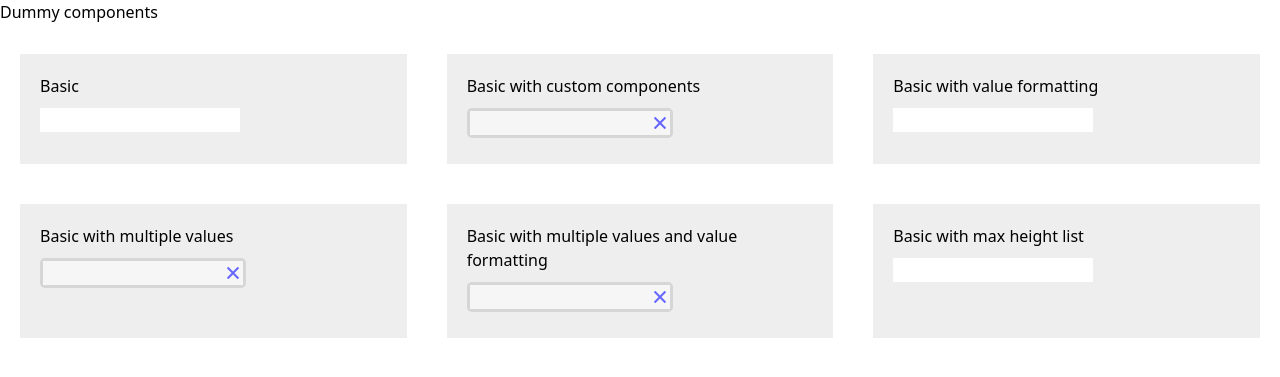
Repository: Frexity/frx-react
Page: / (app in ui/react-select/)
An editor plug-in stored every save of this project. The page is shown before and after the next save, followed by the edit.
The browser window is 1280 px wide. The pictures show the whole page.
Some web libraries are served in a nearby version. The project was rebuilt for these pictures with package versions that can differ from the ones it lists, and the page was loaded fresh each time. Also part of the build but not shown: ui/react-select/vite.config.ts, ui/react-select/src/CustomSelectComponents/ListLoadingIndicator.tsx, ui/react-select/src/dummy-components/ControlLoadingIndicator.tsx, ui/react-select/src/dummy-components/ListLoadingIndicator.tsx.

Above is the page before, as saved 2022-08-21 01:28:15.

### ui/react-select/index.html
<!DOCTYPE html>
<html lang="en">
  <head>
    <meta charset="UTF-8" />
    <link rel="icon" type="image/svg+xml" href="/vite.svg" />
    <meta name="viewport" content="width=device-width, initial-scale=1.0" />
    <title>React Select</title>
    <script src="https://cdn.tailwindcss.com/3.1.8"></script>
  </head>
  <body>
    <div id="root"></div>
    <script type="module" src="/src/main.tsx"></script>
  </body>
</html>

### ui/react-select/src/App.tsx
import './styles.css'

import { ClearIndicator } from './CustomSelectComponents/ClearIndicator'
import { Control } from './CustomSelectComponents/Control'
import { ListLoadingIndicator } from './CustomSelectComponents/ListLoadingIndicator'
import { Option } from './CustomSelectComponents/Option'
import { dummyComponents } from './dummy-components'
import { Select } from './Select'
import { ValueContainer } from './CustomSelectComponents/ValueContainer'
// import { AsyncSelect } from './Select/Async'

const options = [
  { label: 'Option 1', value: '1' },
  { label: 'Option 2', value: '2' },
  { label: 'Option 3', value: '3' },
  { label: 'Option 4', value: '4' },
  { label: 'Option 5', value: '5' },
  { label: 'Option 6', value: '6' },
  { label: 'Option 7', value: '7' },
  { label: 'Option 8', value: '8' },
  { label: 'Option 9', value: '9' },
  { label: 'Option 10', value: '10' },
]

const customComponents = {
  Option,
  Control,
  ClearIndicator,
  ListLoadingIndicator,
  ValueContainer,
}

export default function App() {
  return (
    <>
      <h3>Dummy components</h3>
      <div className="cards">
        <div className="card">
          <h3>Basic</h3>
          <Select options={options} components={dummyComponents} />
        </div>
        <div className="card">
          <h3>Basic with custom components</h3>
          <Select options={options} components={customComponents} />
        </div>
        <div className="card">
          <h3>Basic with value formatting</h3>
          <Select
            options={options}
            components={dummyComponents}
            selectedValueFormatter={(value) => {
              return value ? `This is value: ${value}` : null
            }}
          />
        </div>
        <div className="card">
          <h3>Basic with multiple values</h3>
          <Select options={options} components={customComponents} canSelectMultipleValues />
        </div>
        <div className="card">
          <h3>Basic with multiple values and value formatting</h3>
          <Select
            options={options}
            components={customComponents}
            canSelectMultipleValues
            selectedValueFormatter={(value) => {
              return value ? `This is value: ${value}` : null
            }}
          />
        </div>
        {/* <div className="card">
        <h3>TODO: Basic with initial value</h3>
        <Select options={options} components={customComponents} canSelectMultipleValues />
      </div> */}
        <div className="card">
          <h3>Basic with max height list</h3>
          <Select
            options={options}
            components={dummyComponents}
            optionsListProps={{
              maxHeight: 150,
            }}
          />
        </div>
        {/* <div className="card">
        <h3>Async</h3>
        <AsyncSelect
          options={options}
          components={dummyComponents}
          asyncOptions={{
            url: 'https://jsonplaceholder.typicode.com/albums',
            startPage: 0,
            perPage: 4,
            queryAttribute: 'page',
            labelAttribute: 'title',
            valueAttribute: 'id',
            loadOnMount: true,
          }}
        />
      </div> */}
        {/* <div className="card">
        <h3>TODO: Async with initial value</h3>
        <AsyncSelect
          options={options}
          components={dummyComponents}
          asyncOptions={{
            url: 'https://jsonplaceholder.typicode.com/albums',
            startPage: 0,
            perPage: 4,
            queryAttribute: 'page',
            labelAttribute: 'title',
            valueAttribute: 'id',
            loadOnMount: true,
          }}
        />
      </div> */}
      </div>
    </>
  )
}

### ui/react-select/src/styles.css
.dropdown {
  position: fixed;
  border: 1px solid red;
  display: none;
  z-index: 1;
  background: white;
}

input:focus + .dropdown {
  display: block;
}

.card {
  margin: 20px;
  padding: 20px;
  background-color: #eee;
  overflow: hidden;
  overflow-y: scroll;
}

h3 {
  margin-bottom: 10px;
}

.cards {
  display: grid;
  grid-template-columns: repeat(auto-fill, minmax(400px, 1fr));
}

### ui/react-select/src/CustomSelectComponents/ClearIndicator.tsx
import { memo } from 'react'
import { ClearIndicatorComponentProps } from '../Select/types'

export const ClearIndicator = memo(({ clearIndicatorContainerStyles, onClick }: ClearIndicatorComponentProps) => {
  return (
    <div style={clearIndicatorContainerStyles} onClick={onClick}>
      <svg viewBox="0 0 460.775 460.775" style={{ width: 12, height: 12 }}>
        <path
          fill="#66f"
          d="M285.08,230.397L456.218,59.27c6.076-6.077,6.076-15.911,0-21.986L423.511,4.565c-2.913-2.911-6.866-4.55-10.992-4.55  c-4.127,0-8.08,1.639-10.993,4.55l-171.138,171.14L59.25,4.565c-2.913-2.911-6.866-4.55-10.993-4.55  c-4.126,0-8.08,1.639-10.992,4.55L4.558,37.284c-6.077,6.075-6.077,15.909,0,21.986l171.138,171.128L4.575,401.505  c-6.074,6.077-6.074,15.911,0,21.986l32.709,32.719c2.911,2.911,6.865,4.55,10.992,4.55c4.127,0,8.08-1.639,10.994-4.55  l171.117-171.12l171.118,171.12c2.913,2.911,6.866,4.55,10.993,4.55c4.128,0,8.081-1.639,10.992-4.55l32.709-32.719  c6.074-6.075,6.074-15.909,0-21.986L285.08,230.397z"
        />
      </svg>
    </div>
  )
})

### ui/react-select/src/CustomSelectComponents/Control.tsx
import { ControlComponentProps } from '../Select/types'

export const Control = ({ controlStyles, children }: ControlComponentProps) => {
  return (
    <div
      style={{
        ...controlStyles,
        borderRadius: 5,
        padding: 3,
        backgroundColor: '#d6d6d6',
      }}
    >
      {children}
    </div>
  )
}

### ui/react-select/src/CustomSelectComponents/Option.tsx
import { memo } from 'react'
import { OptionComponentProps } from '../Select/types'

export const Option = memo(({ isSelected, label, onSelect }: OptionComponentProps) => {


  return (
    <li className="text-gray-900 cursor-pointer py-2 pl-3 pr-9 hover:bg-sky-300" onClick={onSelect}>
      <div className="flex items-center">
        <img
          src="https://images.unsplash.com/photo-1491528323818-fdd1faba62cc?ixlib=rb-1.2.1&ixid=eyJhcHBfaWQiOjEyMDd9&auto=format&fit=facearea&facepad=2&w=256&h=256&q=80"
          alt=""
          className="flex-shrink-0 h-6 w-6 rounded-full"
        />
        <span className={`${isSelected ? 'font-bold text-blue-700' : 'font-normal'} ml-3 block truncate`}>{label}</span>
      </div>
    </li>
  )
})

### ui/react-select/src/dummy-components/index.ts
import { Control } from './Control'
import { ClearIndicator } from './ClearIndicator'
import { ControlLoadingIndicator } from './ControlLoadingIndicator'
import { ListLoadingIndicator } from './ListLoadingIndicator'
import { Option } from './Option'
import { ValueContainer } from './ValueContainer'

export const dummyComponents = {
  Control,
  ClearIndicator,
  ControlLoadingIndicator,
  ListLoadingIndicator,
  Option,
  ValueContainer,
}

### ui/react-select/src/Select/index.tsx
import { InnerSelect } from './common'
import { SelectProvider } from './Context'
import { OutsideClickHandler } from './OutsideClickHandler'
import { SelectProps } from './types'

export const Select = ({
  selectedValueFormatter,
  options,
  components,
  optionsListProps,
  canSelectMultipleValues,
}: Omit<SelectProps, 'asyncOptions' | 'AsyncHandler'>) => {
  // const [o, setO] = useState(options);

  // Test setting options from outside the context/component
  /*
  useEffect(() => {
    setTimeout(() => {
      setO([{ label: "New", value: "x" }]);
    }, 2000);
  }, []);
  console.log({ o });
  */

  return (
    <SelectProvider value={{ options }}>
      <OutsideClickHandler>
        <InnerSelect
          selectedValueFormatter={selectedValueFormatter}
          components={components}
          optionsListProps={optionsListProps}
          canSelectMultipleValues={canSelectMultipleValues}
        />
      </OutsideClickHandler>
    </SelectProvider>
  )
}

### ui/react-select/src/CustomSelectComponents/ValueContainer.tsx
import { memo } from 'react'
import { ValueContainerComponentProps } from '../Select/types'

export const ValueContainer = memo(({ children }: ValueContainerComponentProps) => {
  return <div style={{ width: 200, backgroundColor: '#f6f6f6', minHeight: 24, padding: '5px 10px' }}>{children}</div>
})

### ui/react-select/src/dummy-components/Control.tsx
import { ControlComponentProps } from '../Select/types'

export const Control = ({ controlStyles, children }: ControlComponentProps) => {
  return <div style={controlStyles}>{children}</div>
}

### ui/react-select/src/dummy-components/ClearIndicator.tsx
import { memo } from 'react'
import { ClearIndicatorComponentProps } from '../Select/types'

export const ClearIndicator = memo(
  ({ clearIndicatorContainerStyles, onClick, selectedValues }: ClearIndicatorComponentProps) => {
    return (
      <div
        style={{ ...clearIndicatorContainerStyles, ...{ display: selectedValues ? 'initial' : 'none' } }}
        onClick={onClick}
      >
        X
      </div>
    )
  },
)

### ui/react-select/src/dummy-components/Option.tsx
import { memo } from 'react'
import { OptionComponentProps } from '../Select/types'

export const Option = memo(({ isSelected, label, onSelect }: OptionComponentProps) => {
  return (
    <div style={{ fontWeight: isSelected ? 'bold' : 'normal' }} onClick={onSelect}>
      {label}
    </div>
  )
})

### ui/react-select/src/dummy-components/ValueContainer.tsx
import { memo } from 'react'
import { ValueContainerComponentProps } from '../Select/types'

export const ValueContainer = memo(({ children }: ValueContainerComponentProps) => {
  return <div style={{ width: 200, backgroundColor: '#fff', minHeight: 24 }}>{children}</div>
})

### ui/react-select/src/Select/common.tsx
import { useContext } from 'react'
import { ClearIndicator } from './ClearIndicator'
import { SelectContext } from './Context'
import { Options } from './Options'
import { OptionsDropdown } from './OptionsDropdown'
import { OptionsList } from './OptionsList'
import { selectStyles } from './styles'
import { SelectProps } from './types'
import { ValueContainer } from './ValueContainer'

export const InnerSelect = ({
  selectedValueFormatter,
  components,
  optionsListProps,
  asyncOptions,
  AsyncHandler,
  canSelectMultipleValues,
}: Omit<SelectProps, 'options'>) => {
  const { state } = useContext<any>(SelectContext)

  return (
    <>
      <components.Control controlStyles={selectStyles.control}>
        <ValueContainer
          selectedValueFormatter={selectedValueFormatter}
          ValueContainerComponent={components.ValueContainer}
        />
        {components.ClearIndicator && <ClearIndicator ClearIndicatorComponent={components.ClearIndicator} />}
        {components.ControlLoadingIndicator && <components.ControlLoadingIndicator isVisible={state.isLoading} />}
      </components.Control>
      <OptionsDropdown>
        {components.ListLoadingIndicator && (
          <components.ListLoadingIndicator isVisible={state.isOpen && state.isLoading} />
        )}
        <OptionsList optionsListProps={optionsListProps} isAsync={!!asyncOptions}>
          <Options OptionComponent={components.Option} canSelectMultipleValues={canSelectMultipleValues} />
        </OptionsList>
      </OptionsDropdown>
      {AsyncHandler && <AsyncHandler asyncOptions={asyncOptions} />}
    </>
  )
}

### ui/react-select/src/Select/Context.tsx
import React, { useReducer, createContext, useId, useEffect, PropsWithChildren } from 'react'

function reducer(state: any, action: any) {
  return { ...state, ...action }
}

const SelectContext = createContext({}) as any

const SelectProvider = ({ children, value }: PropsWithChildren<{ value: any }>) => {
  const inputElementId = useId()
  const listElementId = useId()
  const dropdownElementId = useId()

  const initialState = {
    isOpen: false,
    hasReachedBottom: false,
    isLoading: false,
    inputElementId,
    dropdownElementId,
    listElementId,
    options: value.options,
    selectedValues: null,
  }
  const [state, dispatch] = useReducer(reducer, initialState)
  const store = React.useMemo(() => ({ state, dispatch }), [state])

  /*
  TODO:
  - Get scroll ref, to scrollToTop when it opens
  */

  // Update options when they come from the outside
  useEffect(() => {
    dispatch({ options: value.options })
  }, [value.options])

  return <SelectContext.Provider value={store}>{children}</SelectContext.Provider>
}

export { SelectContext, SelectProvider }

### ui/react-select/src/Select/OutsideClickHandler.tsx
import { memo, ReactNode, useContext, useEffect, useRef } from 'react'
import { SelectContext } from './Context'

interface OutsideClickHandlerProps {
  children: ReactNode
}

const useOutsideClick = (callback: any) => {
  const ref = useRef<any>()

  useEffect(() => {
    const handleClick = (event: MouseEvent) => {
      if (ref.current && !ref.current.contains(event.target)) {
        callback()
      }
    }

    document.addEventListener('mousedown', handleClick, true)

    return () => {
      document.removeEventListener('mousedown', handleClick, true)
    }
  }, [ref, callback])

  return ref
}

export const OutsideClickHandler = memo(({ children }: OutsideClickHandlerProps) => {
  const { dispatch } = useContext<any>(SelectContext)

  const ref = useOutsideClick(() => {
    dispatch({ isOpen: false })
  })

  return <span ref={ref}>{children}</span>
})

### ui/react-select/src/Select/ClearIndicator.tsx
import { ComponentType, useCallback, useContext } from 'react'
import { SelectContext } from './Context'

import { selectStyles } from './styles'
import { ClearIndicatorComponentProps } from './types'

interface ClearIndicatorProps {
  ClearIndicatorComponent: ComponentType<ClearIndicatorComponentProps>
}

export const ClearIndicator = ({ ClearIndicatorComponent }: ClearIndicatorProps) => {
  const { state, dispatch } = useContext<any>(SelectContext)

  const handleClick = useCallback(() => {
    dispatch({ selectedValues: null })
  }, [dispatch])

  return (
    <ClearIndicatorComponent
      onClick={handleClick}
      selectedValues={state.selectedValues}
      clearIndicatorContainerStyles={selectStyles.clearIndicator}
    />
  )
}

### ui/react-select/src/Select/Options.tsx
import { memo, useCallback, useContext } from 'react'
import { SelectContext } from './Context'
import { OptionType, SelectComponents } from './types'
import { toggleValue } from './utils'

interface InnerOptionsProps {
  OptionComponent: any
  onSelect: any
  options: any
  selectedValues: any
}

const InnerOptions = memo(({ selectedValues, options, onSelect, OptionComponent }: InnerOptionsProps) => {
  return (
    <>
      {options.map((option: OptionType) => {
        const isSelected = Array.isArray(selectedValues)
          ? selectedValues.includes(option.value)
          : selectedValues === option.value

        return (
          <OptionComponent
            key={option.value}
            label={option.label}
            value={option.value}
            isSelected={isSelected}
            onSelect={() => {
              onSelect(option.value)
            }}
          />
        )
      })}
    </>
  )
})

interface OptionsProps {
  OptionComponent: SelectComponents['Option']
  canSelectMultipleValues: boolean | undefined
}

export const Options = ({ OptionComponent, canSelectMultipleValues }: OptionsProps) => {
  const { state, dispatch } = useContext<any>(SelectContext)

  const onSelect = useCallback(
    (value: string) => {
      if (canSelectMultipleValues) {
        const newValues = toggleValue({ value, selectedValues: state.selectedValues })
        dispatch({ selectedValues: newValues, isOpen: false })
        return
      }
      dispatch({ selectedValues: value, isOpen: false })
    },
    [dispatch, state.selectedValues, canSelectMultipleValues],
  )

  return (
    <InnerOptions
      options={state.options}
      OptionComponent={OptionComponent}
      selectedValues={state.selectedValues}
      onSelect={onSelect}
    />
  )
}

### ui/react-select/src/Select/OptionsDropdown.tsx
import { SelectContext } from './Context'
import { ReactNode, useContext, useEffect } from 'react'

import { getScrollParent, normalizedHeight, setMenuPosition } from './utils'

interface OptionsDropdownProps {
  children: ReactNode
}

export const OptionsDropdown = ({ children }: OptionsDropdownProps) => {
  const { state } = useContext<any>(SelectContext)

  // TODO: Reposition on window resize
  useEffect(() => {
    // TODO: Get unique ID instead
    const dropdown = document.getElementById(state.dropdownElementId)
    if (!dropdown) {
      return
    }

    const input = document.getElementById(state.inputElementId)
    if (!input) {
      return
    }
    if (!state.isOpen) {
      dropdown.style.display = 'none'
      return
    }

    const parent = getScrollParent(input)

    const style = getComputedStyle(input)

    const borderTopWidth = parseInt(style.borderTopWidth, 10) || 0
    const borderLeftWidth = parseInt(style.borderLeftWidth, 10) || 0
    const borderBottomWidth = parseInt(style.borderBottomWidth, 10) || 0
    const inputHeight = normalizedHeight(input) + borderTopWidth + borderBottomWidth

    setMenuPosition(dropdown, input, inputHeight, borderLeftWidth)

    function scrollEventHandler(this: HTMLElement) {
      if (!dropdown) {
        return
      }
      setMenuPosition(dropdown, this, inputHeight, borderLeftWidth)
    }

    parent.addEventListener('scroll', scrollEventHandler.bind(input))

    dropdown.style.display = 'initial'
  }, [state.isOpen, state.inputElementId, state.dropdownElementId])

  return (
    <div className="dropdown" id={state.dropdownElementId}>
      {children}
    </div>
  )
}

### ui/react-select/src/Select/OptionsList.tsx
import { SelectContext } from './Context'
import { useContext, memo, useCallback, useEffect, PropsWithChildren } from 'react'
import { scrollIsAtBottom } from './utils'
import { SelectProps } from './types'

interface InnerOptionsListProps {
  isAsync: boolean
  optionsListProps: SelectProps['optionsListProps']
  onReachedBottom: (() => void) | undefined
  listElementId: string
}

const InnerOptionsList = memo(
  ({
    children,
    isAsync,
    optionsListProps,
    onReachedBottom,
    listElementId,
  }: PropsWithChildren<InnerOptionsListProps>) => {
    useEffect(() => {
      if (!isAsync) {
        return
      }
      const element = document.getElementById(listElementId)
      if (!element) {
        return
      }

      function checkIfAtBottom() {
        if (element && scrollIsAtBottom(element)) {
          onReachedBottom && onReachedBottom()
        }
      }
      element.addEventListener('scroll', checkIfAtBottom)

      return () => {
        element.removeEventListener('scroll', checkIfAtBottom)
      }
    }, [onReachedBottom, listElementId, isAsync])

    return (
      <div
        id={listElementId}
        style={{
          maxHeight: optionsListProps?.maxHeight || 'unset',
          overflowY: optionsListProps?.maxHeight ? 'scroll' : 'unset',
        }}
      >
        <ul>{children}</ul>
      </div>
    )
  },
)

interface OptionsListProps {
  isAsync: boolean
  optionsListProps: any
}

export const OptionsList = ({ children, optionsListProps, isAsync }: PropsWithChildren<OptionsListProps>) => {
  const { state, dispatch } = useContext<any>(SelectContext)

  const onReachedBottom = useCallback(() => {
    if (state.hasReachedBottom) {
      return
    }
    dispatch({ hasReachedBottom: true })
  }, [dispatch, state.hasReachedBottom])

  return (
    <InnerOptionsList
      isAsync={isAsync}
      optionsListProps={optionsListProps}
      onReachedBottom={isAsync ? onReachedBottom : undefined}
      listElementId={state.listElementId}
    >
      {children}
    </InnerOptionsList>
  )
}

### ui/react-select/src/Select/styles.ts
export const selectStyles = {
  clearIndicator: {
    position: 'absolute' as const,
    top: 0,
    right: 0,
    bottom: 0,
    display: 'flex',
    padding: '0 7px',
    justifyContent: 'center',
    alignItems: 'center',
    cursor: 'pointer',
  },
  control: {
    position: 'relative' as const,
    display: 'inline-block',
  },
}

### ui/react-select/src/Select/ValueContainer.tsx
import { memo, useCallback, useContext } from 'react'
import { SelectContext } from './Context'
import { SelectComponents, SelectProps } from './types'

interface ValueContainerProps {
  selectedValueFormatter: SelectProps['selectedValueFormatter']
  ValueContainerComponent: SelectComponents['ValueContainer']
}

export const ValueContainer = memo(({ selectedValueFormatter, ValueContainerComponent }: ValueContainerProps) => {
  const { state, dispatch } = useContext<any>(SelectContext)

  const onFocus = useCallback(() => {
    dispatch({ isOpen: true })
  }, [dispatch])

  const formattedValue = selectedValueFormatter
    ? Array.isArray(state.selectedValues)
      ? state.selectedValues.map(selectedValueFormatter)
      : selectedValueFormatter(state.selectedValues)
    : state.selectedValues

  return (
    <div id={state.inputElementId} onClick={onFocus}>
      <ValueContainerComponent>{formattedValue}</ValueContainerComponent>
    </div>
  )
})

### ui/react-select/src/Select/utils.ts
export function getScrollParent(element: HTMLElement) {
  let style = window.getComputedStyle(element)
  const excludeStaticParent = style.position === 'absolute'
  const overflowRegex = /(auto|scroll)/
  const documentElement = document.documentElement

  if (style.position === 'fixed') {
    return documentElement
  }

  // eslint-disable-next-line @typescript-eslint/ban-ts-comment
  // @ts-ignore
  for (let parent = element; (parent = parent.parentElement); ) {
    style = window.getComputedStyle(parent)
    if (excludeStaticParent && style.position === 'static') {
      continue
    }
    if (overflowRegex.test(style.overflow + style.overflowY + style.overflowX)) {
      return parent
    }
  }

  return documentElement
}

export function getScrollTop(el: HTMLElement) {
  if (isDocumentElement(el)) {
    return window.scrollY
  }
  return el.scrollTop
}

export function normalizedHeight(el: HTMLElement) {
  if (isDocumentElement(el)) {
    return window.innerHeight
  }

  return el.clientHeight
}

export function isDocumentElement(el: HTMLElement) {
  return [document.documentElement, document.body, window].indexOf(el) > -1
}

// https://github.com/JedWatson/react-select/blob/b0411ff46bc1ecf45d9bca4fb58fbce1e57f847c/packages/react-select/src/internal/useScrollCapture.js

export function setMenuPosition(dropdown: HTMLElement, element: HTMLElement, inputHeight: number, leftOffset: number) {
  // Done with JS instead of React, otherwise it will lag behind
  const offset = element.getBoundingClientRect()
  const top = offset.top
  const left = offset.left
  dropdown.style.top = `${top + inputHeight}px`
  dropdown.style.left = `${left + leftOffset}px`
}

export function scrollIsAtBottom(node: HTMLElement) {
  return node.scrollTop + node.offsetHeight === node.scrollHeight
}

export function sleep(ms: number) {
  return new Promise((resolve) => setTimeout(resolve, ms))
}

export function toggleValue({ value, selectedValues }: { value: string; selectedValues: string[] | null }) {
  const wrappedSelectedValues = selectedValues ? [...selectedValues] : []
  if (wrappedSelectedValues.includes(value)) {
    const newValues = wrappedSelectedValues.filter((v) => v !== value)
    return newValues.length === 0 ? null : newValues
  }
  return [...wrappedSelectedValues, value]
}

Loaded but not shown: ui/react-select/src/main.tsx (common file)

After the next save:
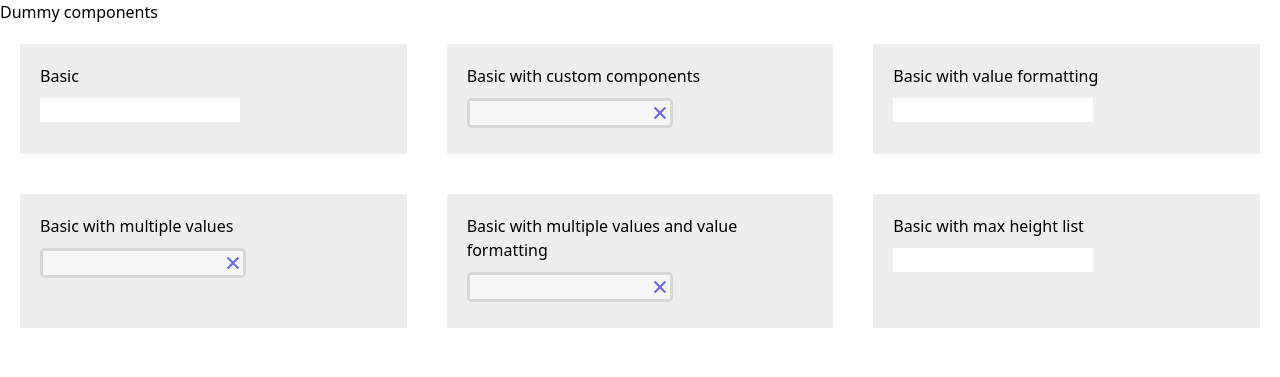
Saved 4 s later.
--- a/ui/react-select/src/App.tsx
+++ b/ui/react-select/src/App.tsx
@@ -33,7 +33,7 @@ const customComponents = {
 export default function App() {
   return (
     <>
-      <h3>Dummy components</h3>
+      <h2>Dummy components</h2>
       <div className="cards">
         <div className="card">
           <h3>Basic</h3>
